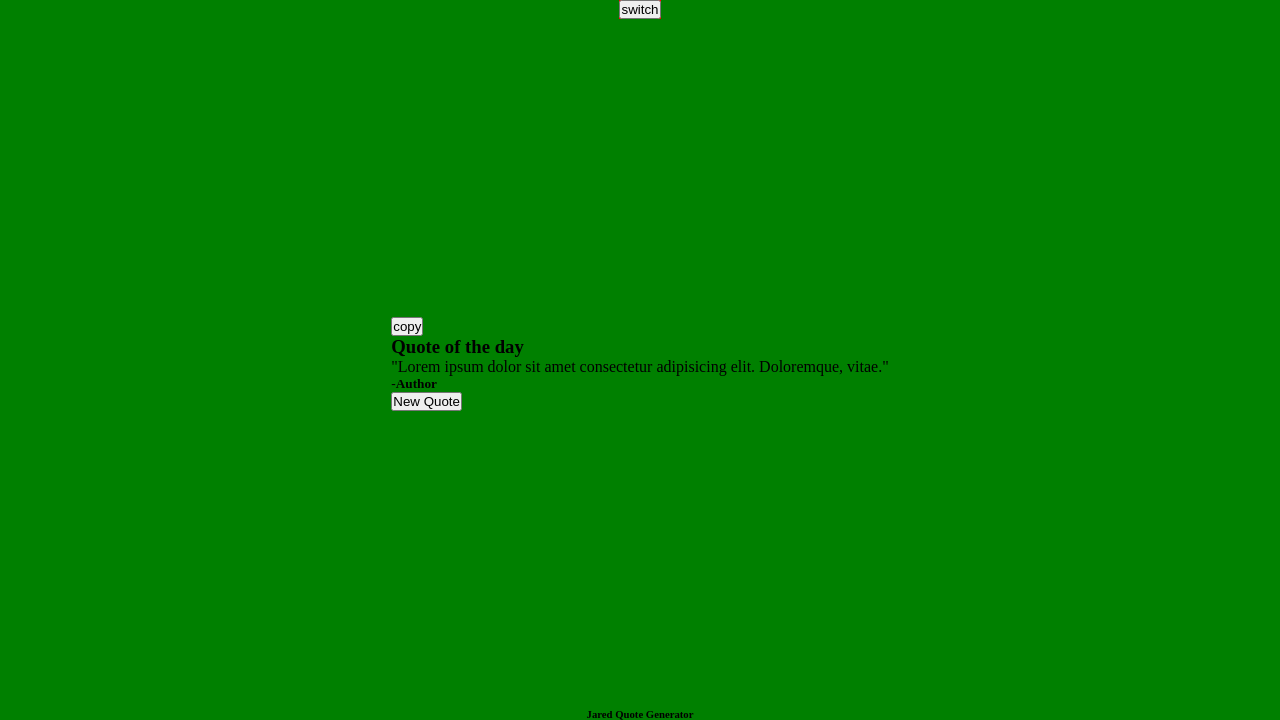
Repository: EguJaredoBoyd/Jared-Quote-Generator
Page: html/main.html
These files come from the project's save history. The page is drawn as it stood at one moment and after the next save; the edit follows.
The browser window is 1280 px wide. The pictures show the whole page.

Above is the page before, as saved 2026-01-09 00:27:39.

After the next save:
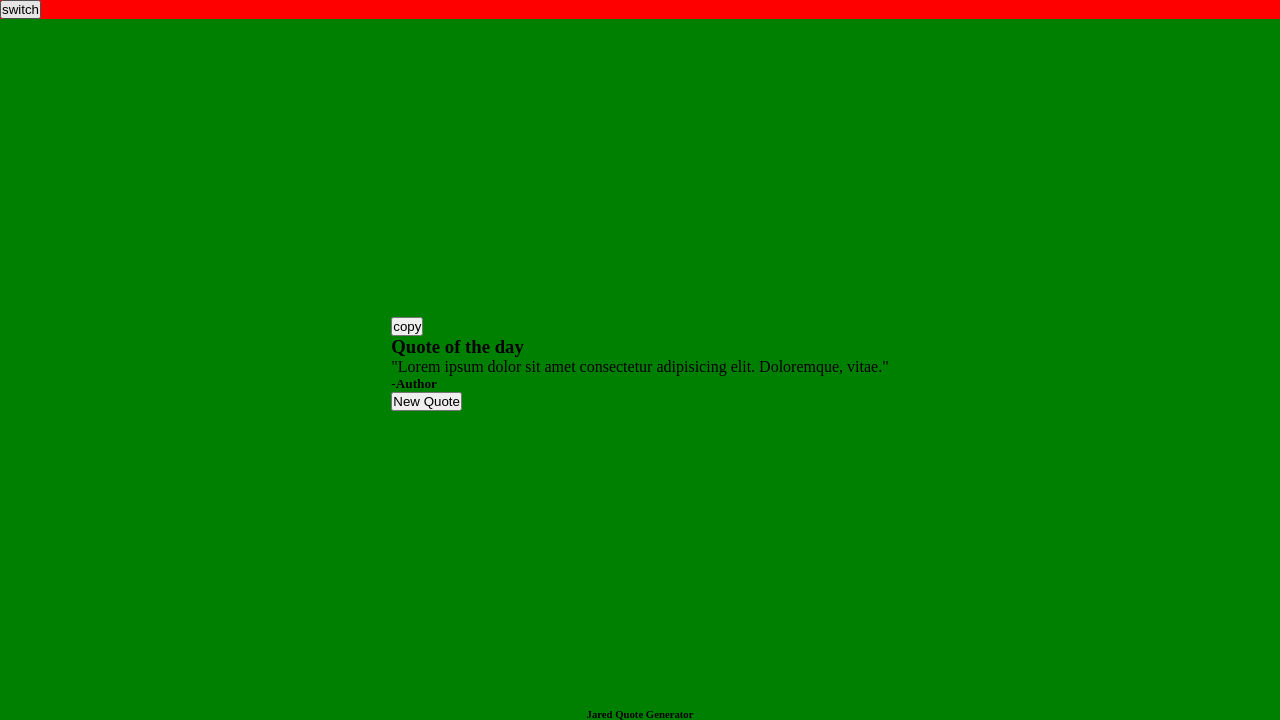
Saved 18 s later.
--- a/css/style.css
+++ b/css/style.css
@@ -30,4 +30,5 @@
 header {
   background-color: red;
   justify-self: flex-end;
+  width: 100vw;
 }

After the 5 saves that followed:
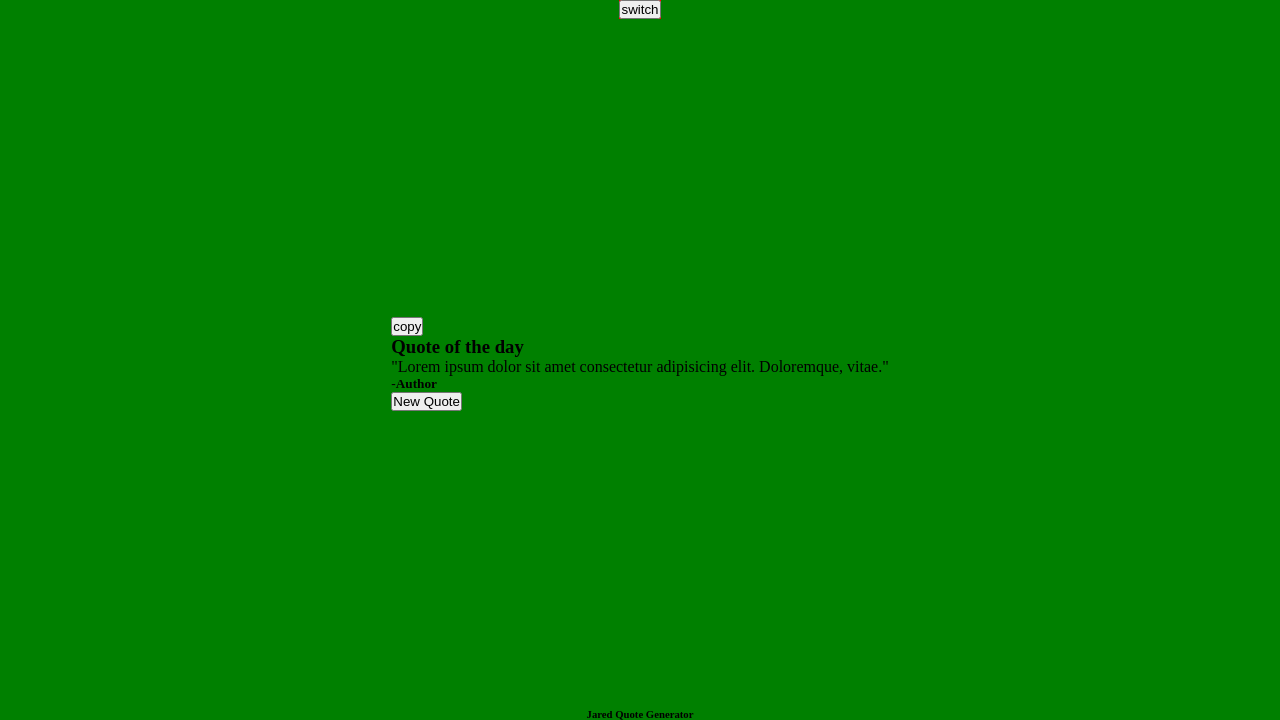
The 5 saves are shown as one change because 4 left the picture as it was.
The last was saved 74 s later.
--- a/css/style.css
+++ b/css/style.css
@@ -29,6 +29,5 @@
 
 header {
   background-color: red;
-  justify-self: flex-end;
-  width: 100vw;
+  justify-self: self-end;
 }
